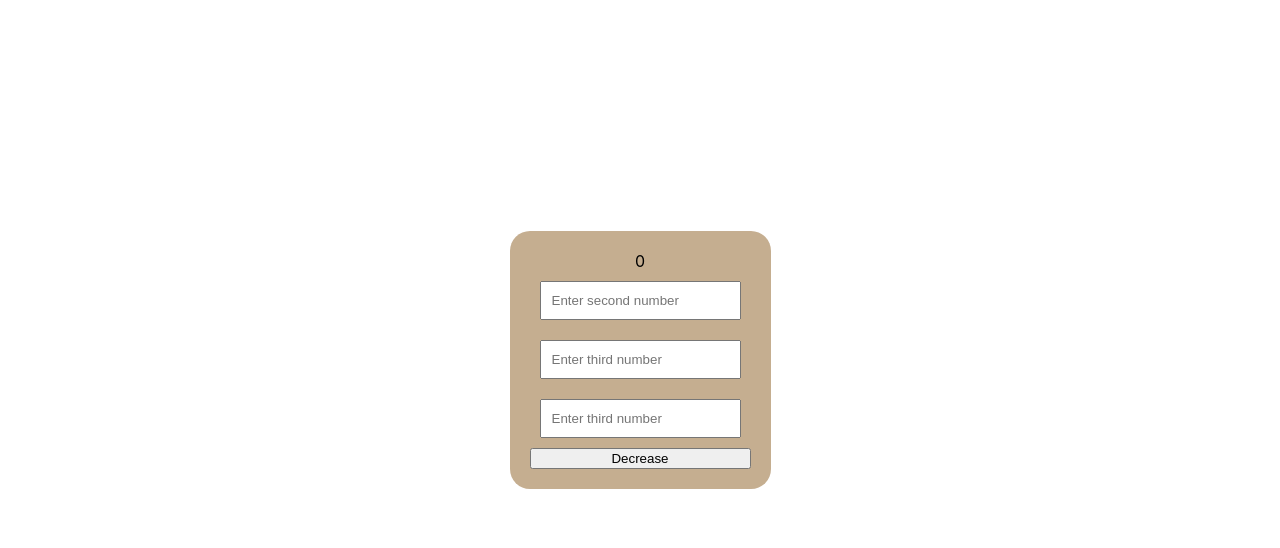
Repository: purnimapatel/SI-calculator
Page: /
These files come from the project's save history. The page is drawn as it stood at one moment and after the next save; the edit follows.
The browser window is 1280 px wide. The pictures show the whole page.
The project was rebuilt for these pictures with package versions that can differ from the ones it lists, and the page was loaded fresh each time.

Above is the page before, as saved 2024-08-26 11:29:51.

### src/App.jsx
import logo from './logo.svg';
import './App.css';
import { useState } from 'react';

function App() {
  const[rate, setRate]=(useState(''));
  const[principle, setPrinciple]=(useState());
  const[time, setTime]=(useState(''));
  const[res, setRes]=(useState(0));
  return(

    <div className="container">
    <div className="container1">
    <div className="result">
    {res}
    </div>


    <input
        type="number"
        id = "field"
        value={rate}
        onChange={(e) => setRate(Number(e.target.value))}
        placeholder="Enter second number"
      />
      <input
        type="number"
        id="field"
        value={principle}
        onChange={(e) => setPrinciple(Number(e.target.value))}
        placeholder="Enter third number"
      />
      <input
        type="number"
        id = "field"
        value={time}
        onChange={(e) => setTime(Number(e.target.value))}
        placeholder="Enter third number"
      />
    <button className='btn2' onClick={result}>Decrease</button>
    </div>
    </div>

  )
  function result(){

    setRate('');
    setPrinciple('');
    setTime('');
    setRes((rate*principle*time)/100)

}




}


export default App;

### src/App.css
.App {
  text-align: center;

}
.container{
  display: flex;
  justify-content: center;
  align-items:center;
  height:100vh;

}
.container1{

  background-color:rgb(197, 174, 144);
  display:flex;

  flex-direction: column;
  height: auto;
  width:auto;
  padding:20px;
  border-radius: 20px;

}
.result{
  display: flex;
  text-align: center;
  justify-content: center;
}
input[type=number]::-webkit-outer-spin-button,
input[type=number]::-webkit-inner-spin-button {
    -webkit-appearance: none;
    margin: 0;
}

/* Remove the spinner in Firefox */
input[type=number] {
    -moz-appearance: textfield;
}
#field{
  margin:10px;
  padding:10px;
}

Loaded but not shown: public/index.html (common file); src/index.js (common file); src/index.css (common file); src/reportWebVitals.js (common file)

After the next save:
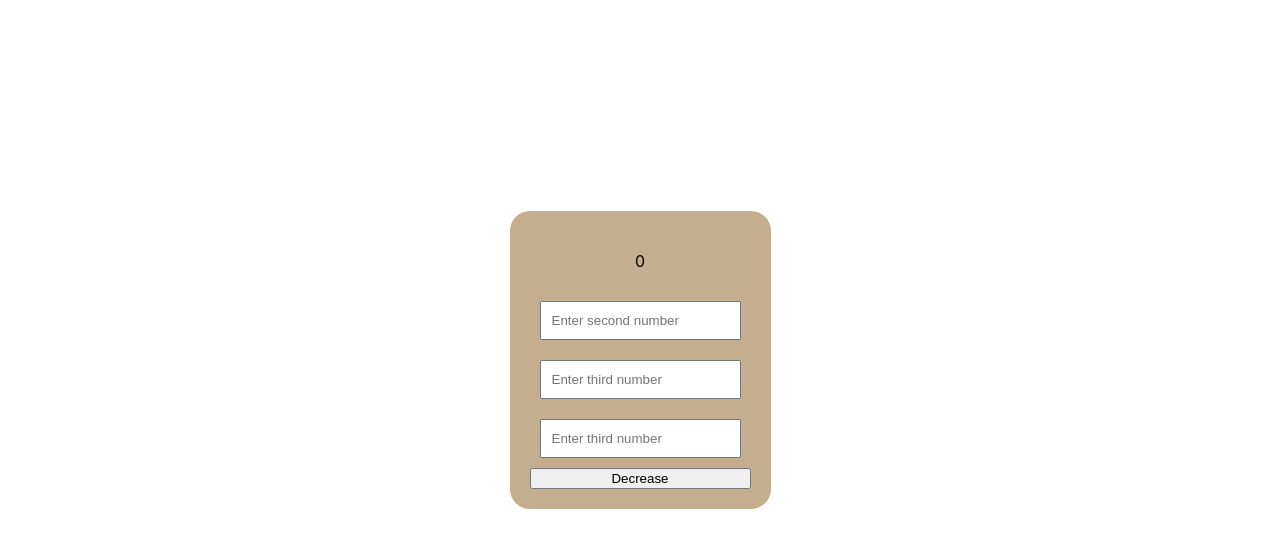
Saved 24 s later.
--- a/src/App.css
+++ b/src/App.css
@@ -25,6 +25,7 @@
   display: flex;
   text-align: center;
   justify-content: center;
+  padding:20px 40px;
 }
 input[type=number]::-webkit-outer-spin-button,
 input[type=number]::-webkit-inner-spin-button {
